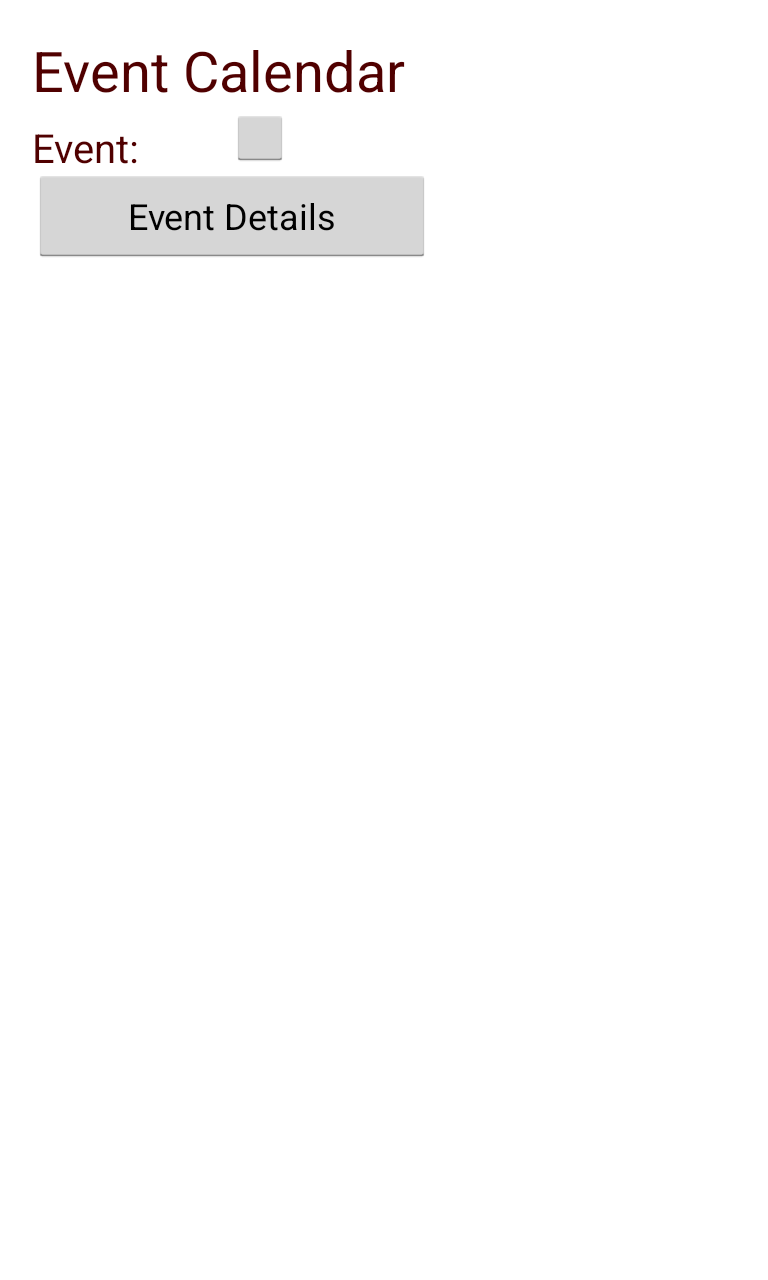
Repository: jannelg92/ANDROIDAPP
Layout: GEOINNOVATION/TAMUgis-dayEvents/res/layout/f_event_details.xml
An editor plug-in stored every save of this project. The layout is shown before and after the next save, followed by the edit.
It is drawn on a 768 x 1280 px phone screen (xhdpi) without system bars, with theme AppTheme; the app's code is not run.

Above is the layout before, as saved 2014-04-19 01:40:31.

### GEOINNOVATION/TAMUgis-dayEvents/res/layout/f_event_details.xml
<LinearLayout xmlns:android="http://schemas.android.com/apk/res/android"
    xmlns:tools="http://schemas.android.com/tools"
    android:layout_width="match_parent"
    android:layout_height="match_parent"
    android:orientation="vertical"
    android:paddingBottom="@dimen/activity_vertical_margin"
    android:paddingLeft="@dimen/activity_horizontal_margin"
    android:paddingRight="@dimen/activity_horizontal_margin"
    android:paddingTop="@dimen/activity_vertical_margin" >


    <TextView
        android:id="@+id/event_cal"
        android:layout_width="wrap_content"
        android:layout_height="wrap_content"
        android:drawablePadding="10dp"
        android:text="@string/calendar"
        android:textColor="#500000"
        android:textSize="@dimen/big_text" />
		<LinearLayout
		    android:layout_width="match_parent"
		    android:layout_height="wrap_content"
		    android:orientation="horizontal" >
		      <TextView
		        android:id="@+id/event_label"
		        android:layout_width="wrap_content"
		        android:layout_height="wrap_content"
		        android:drawablePadding="10dp"
		        android:text="Event: "
		        android:textColor="#500000"
		        android:textSize="@dimen/mid_text" />
		       <TextView
		        android:id="@+id/event_name"
		        android:layout_width="wrap_content"
		        android:layout_height="wrap_content"
		        android:drawablePadding="10dp"
		        android:text="        "
		        android:textColor="#500000"
		        android:textSize="@dimen/mid_text" />
		        <Button
		        android:id="@+id/event_dtls"
		        android:layout_width="60px"
		        android:layout_height="60px"
		        android:drawablePadding="10dp"
		        android:src="@drawable/ic_action_checkin" />


      </LinearLayout>
    <Button
        android:id="@+id/eventDetails_b"
        android:layout_width="200dp"
        android:layout_height="wrap_content"
        android:text="@string/details"
        android:clickable="true" />

</LinearLayout>

### GEOINNOVATION/TAMUgis-dayEvents/res/values/dimens.xml
<resources>

   <dimen name="activity_horizontal_margin">16dp</dimen>
    <dimen name="activity_vertical_margin">16dp</dimen>

    <dimen name="big_text">28dip</dimen>
    <dimen name="mid_text">20dip</dimen>
    <dimen name="small_text">16dip</dimen>
    <dimen name="return_w">50dp</dimen>
    <dimen name="return_h">50dp</dimen>
    <dimen name="text_sizeW">70dp </dimen>
    <dimen name="text_sizeH">70dp</dimen>
    <dimen name="button_w">200dp </dimen>
    <dimen name="button_h">60dp </dimen>
    <!--
         Per the design guidelines, navigation drawers should be between 240dp and 320dp:
         https://developer.android.com/design/patterns/navigation-drawer.html
    -->
    <dimen name="navigation_drawer_width">277dp</dimen>

</resources>

### GEOINNOVATION/TAMUgis-dayEvents/res/values/strings.xml
<?xml version="1.0" encoding="utf-8"?>
<resources>

    <!-- Menu, Application, Object TITLES -->
    <string name="app_name">TAMUgis-day Events</string>
    <string name="application_name">Texas A&amp;M Geoservices</string>
    <string name="nav_drawer">Navigation Drawer</string>
    <string name="layout_piece">Structure or element of the layout</string>
    <string name="hello_world">Hello  W O R L D!! :)</string>
    <string name="title_menu">Navigation Menu</string>
    <string name="title_activity_user_options">UserOptions</string>
    <string name="title_activity_events">Events</string>
    <string name="title_activity_event_checkin">Event_checkin</string>
    <string name="title_section1">Welcome</string>
    <string name="title_section2">Events</string>
    <string name="title_sectionLogin">Log-in</string>
    <string name="title_section3">Event Check-in</string>
    <string name="title_section4">My Events</string>
    <string name="title_section5">Settings</string>
    <string name="title_section6">Log-out</string>

    <string-array name="mainTitles">
        <item id="menu1_99">Log-in </item>
        <item id="menu1_100">Event Calendar </item>
        <item id="menu1_101">Share </item>
    </string-array>
    <string-array name="userTitles">
        <item id="menu2_99"> Event Calendar </item>
        <item id="menu2_100"> Event Check-in </item>
        <item id="menu2_101"> My Events </item>
        <item id="menu2_102"> Share </item>
        <item id="menu2_103"> Settings </item>
        <item id="menu2_104"> Log-out</item>
    </string-array>
    <string-array name="menuTitles">
        <item id="menu2_99"> @drawable/tamugeologo </item>
        <item id="menu2_100"> Log-in </item>
        <item id="menu2_101"> Event Calendar </item>
        <item id="menu2_102"> Event Check-in </item>
        <item id="menu2_103"> My Events </item>
        <item id="menu2_104"> Share </item>
        <item id="menu2_105"> Settings </item>
        <item id="menu2_106"> Log-out </item>
    </string-array>

    <array name="nav_drawer_icons">
        <item>@drawable/ic_action_launcher</item>
        <item>@drawable/ic_action_signup</item>
        <item>@drawable/ic_action_eventcal</item>
        <item>@drawable/ic_action_checkin</item>
        <item>@drawable/ic_action_myevents</item>
        <item>@drawable/ic_action_share</item>
        <item>@drawable/ic_action_settings</item>
        <item>@drawable/ic_action_import_export</item>
    </array>

    <!--  -->


    <!-- Strings related to Settings, Example General settings -->
    <string name="pref_header_general">General</string>
    <string name="pref_title_social_recommendations">Enable social recommendations</string>
    <string name="pref_description_social_recommendations">Recommendations for people to contact based on your message history</string>
    <string name="pref_title_display_name">Display name</string>
    <string name="pref_default_display_name">John Smith</string>
    <string name="pref_title_add_friends_to_messages">Add friends to messages</string>

    <string-array name="pref_example_list_titles">
        <item>Always</item>
        <item>When possible</item>
        <item>Never</item>
    </string-array>
    <string-array name="pref_example_list_values">
        <item>1</item>
        <item>0</item>
        <item>-1</item>
    </string-array>

    <!-- Example settings for Data & Sync -->
    <string name="pref_header_data_sync">Data &amp; sync</string>
    <string name="pref_title_sync_frequency">Sync frequency</string>

    <string-array name="pref_sync_frequency_titles">
        <item>15 minutes</item>
        <item>30 minutes</item>
        <item>1 hour</item>
        <item>3 hours</item>
        <item>6 hours</item>
        <item>Never</item>
    </string-array>
    <string-array name="pref_sync_frequency_values">
        <item>15</item>
        <item>30</item>
        <item>60</item>
        <item>180</item>
        <item>360</item>
        <item>-1</item>
    </string-array>

    <string name="pref_title_system_sync_settings">System sync settings</string>

    <!-- Example settings for Notifications -->

    <string name="pref_header_notifications">Notifications</string>
    <string name="pref_title_new_message_notifications">New message notifications</string>
    <string name="pref_title_ringtone">Ringtone</string>
    <string name="pref_ringtone_silent">Silent</string>
    <string name="pref_title_vibrate">Vibrate</string>
    <string name="app_settings">App Settings</string>
    <string name="main">Home</string>
    <string name="login">Log-in</string>
    <string name="calendar">Event Calendar</string>
    <string name="checkin">Event Checkin</string>
    <string name="myevents">My Events</string>
    <string name="share">Share</string>
    <string name="map">Map</string>
    <string name="settings">Settings</string>
    <string name="logout">Log-out</string>
    <string name="returnB">Back</string>
    <string name="details">Event Details</string>
    <string name="prof_classes">Professor-added Classes </string>
    <string name="prof">Professors </string>
    <string name="pics">Pictures</string>
    <string name="signup">Sign-up </string>
    <string name="mycourses">My Courses</string>
    <string name="notify">Notifcation Options </string>
    <string name="event_remind">Send Event Reminders</string>
    <string name="push">Allow Push Notifications</string>
    <string name="gps">Allow GPS Tracking</string>

    <!-- Description Strings -->
    <color name="maroon">#500000</color>
    <color name="selector">#F4AF00</color>
    <color name="background">#FDEFCC </color>

    <string name="drawer_open">Open Menu</string>
    <string name="drawer_close">Close Menu</string>
    <string name="app_error">Sorry, GIS DAY app is NOT available.</string>
    <string name="navigation_drawer_open">Open navigation drawer</string>
    <string name="navigation_drawer_close">Close navigation drawer</string>
    <string name="action_example">HelloWorld</string>
    <string name="action_settings">Settings</string>
    <string name="prompt_email">Email</string>
    <string name="prompt_password">Password</string>
    <string name="action_sign_in_register"><b>Sign in</b> or register</string>
    <string name="action_sign_in_short">Sign in</string>
    <string name="action_forgot_password">Recover lost password</string>
    <string name="login_progress_signing_in">Signing in&#8230;</string>
    <string name="error_invalid_email">This email address is invalid</string>
    <string name="error_invalid_password">This password is too short</string>
    <string name="error_incorrect_password">This password is incorrect</string>
    <string name="error_field_required">This field is required</string>
    <string name="title_activity_event_calendar">EventCalendar</string>

</resources>

Loaded but not shown: GEOINNOVATION/TAMUgis-dayEvents/res/values/styles.xml (common file); GEOINNOVATION/TAMUgis-dayEvents/res/values-v11/styles.xml (common file); GEOINNOVATION/TAMUgis-dayEvents/res/values-v14/styles.xml (common file); GEOINNOVATION/TAMUgis-dayEvents/res/values-w820dp/dimens.xml (common file)

After the next save:
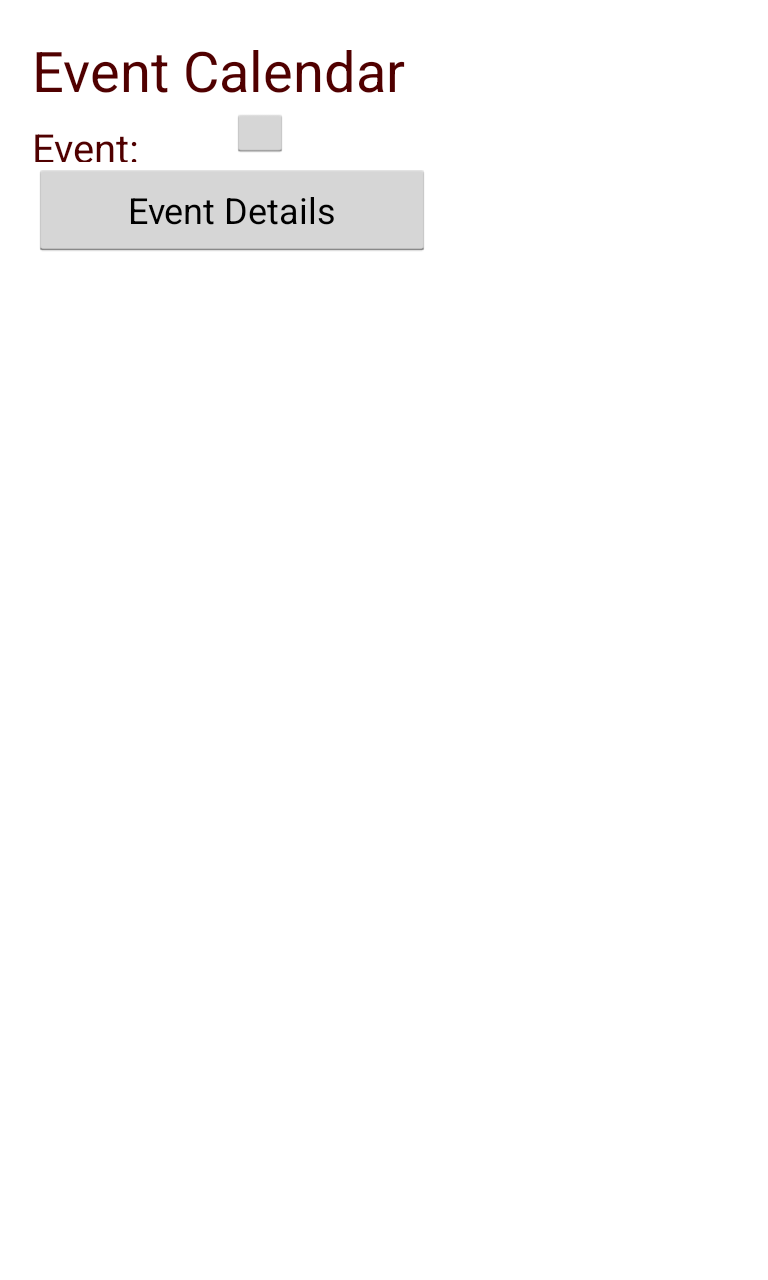
Saved 9 s later.
--- a/GEOINNOVATION/TAMUgis-dayEvents/res/layout/f_event_details.xml
+++ b/GEOINNOVATION/TAMUgis-dayEvents/res/layout/f_event_details.xml
@@ -40,7 +40,7 @@
 		        <Button
 		        android:id="@+id/event_dtls"
 		        android:layout_width="60px"
-		        android:layout_height="60px"
+		        android:layout_height="50px"
 		        android:drawablePadding="10dp"
 		        android:src="@drawable/ic_action_checkin" />
 
